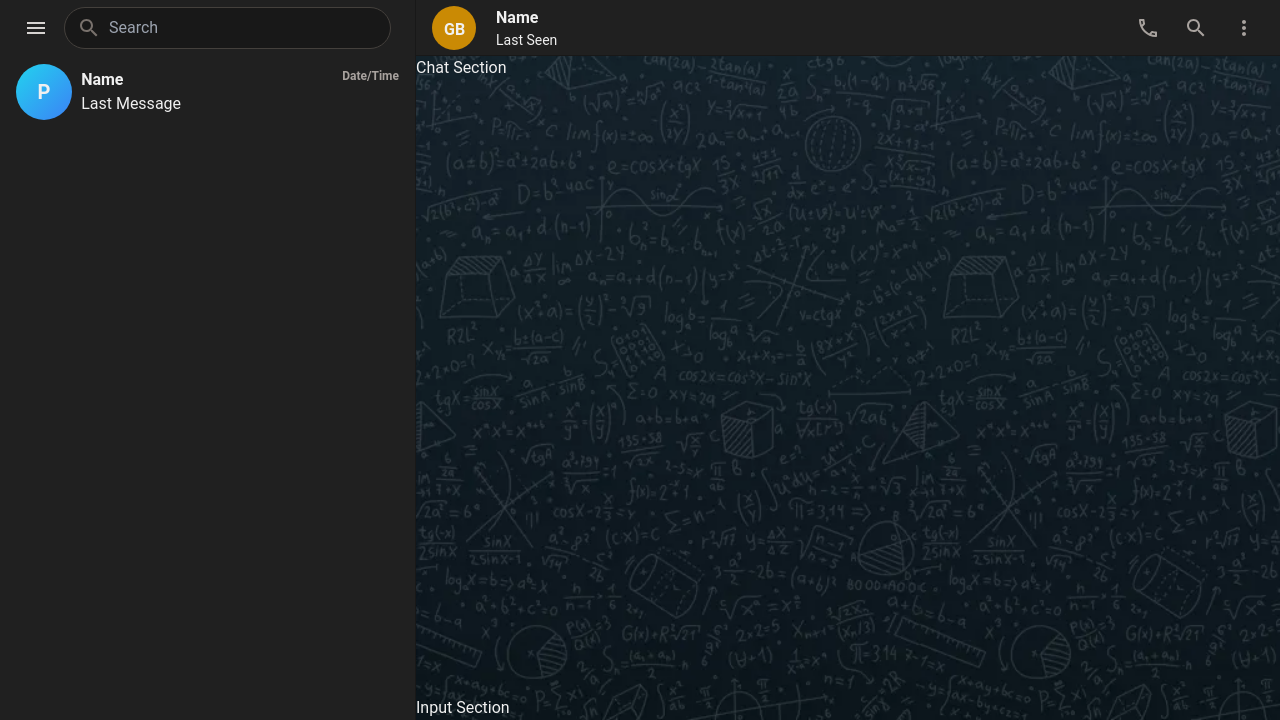
Repository: Qu4ntumGuy/telegram-clone
Page: /
An editor plug-in stored every save of this project. The page is shown before and after the next save, followed by the edit.
The browser window is 1280 px wide. The pictures show the whole page.
The page's requests for data from a server got no answer. The project was rebuilt for these pictures with package versions that can differ from the ones it lists, and the page was loaded fresh each time. No one was signed in, and anything a server would have sent is missing. Also part of the build but not shown: src/Pages/ChatPage.js/ChatPage.js.

Above is the page before, as saved 2024-07-15 14:06:41.

After the next save:
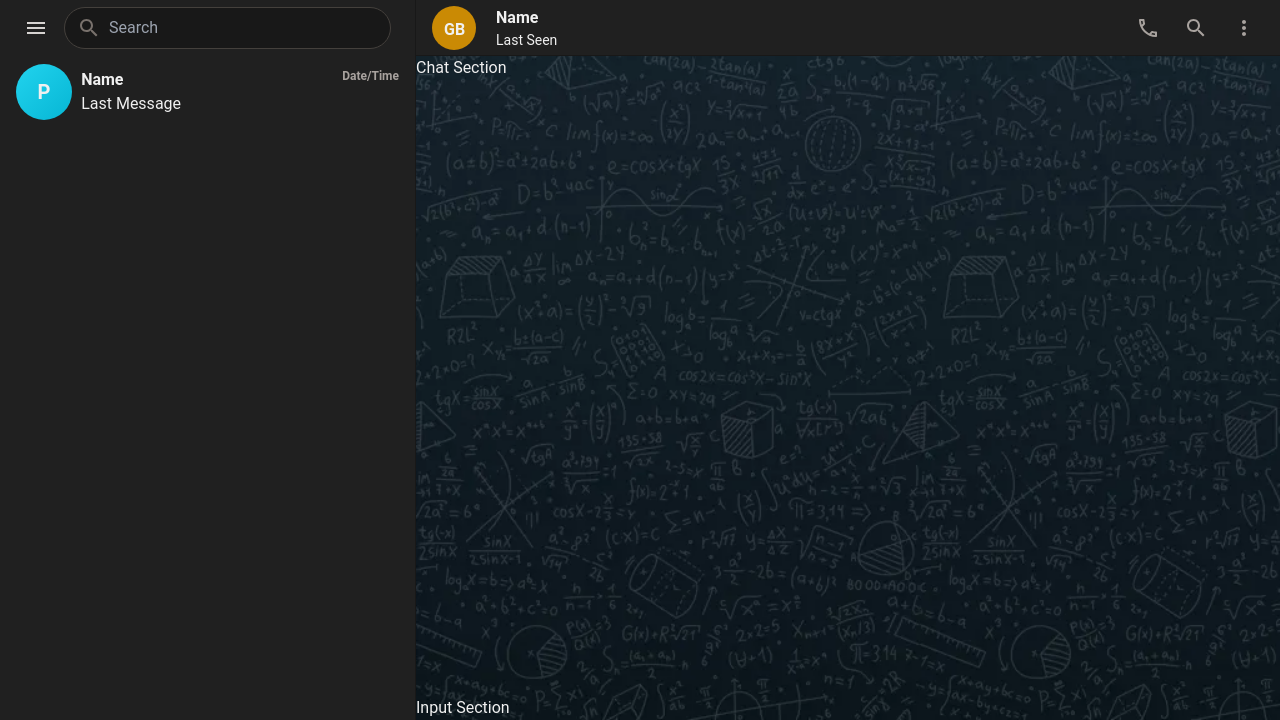
Saved 7 s later.
--- a/src/Components/Chat.js
+++ b/src/Components/Chat.js
@@ -3,7 +3,7 @@ import React from "react";
 function Chat({ name, profile }) {
   return (
     <div className="flex w-full p-2 items-center cursor-pointer justify-between hover:bg-stone-700 hover:bg-opacity-30 rounded-lg">
-      <div className="flex justify-center items-center text-xl font-semibold bg-gradient-to-br from-cyan-400 rounded-full w-14 h-14 to-blue-500">
+      <div className="flex justify-center items-center text-xl font-semibold bg-gradient-to-br from-cyan-400 rounded-full w-14 h-14 to-cyan-500">
         {profile ? profile : "P"}
       </div>
       <div className="flex flex-col w-[83%]">
